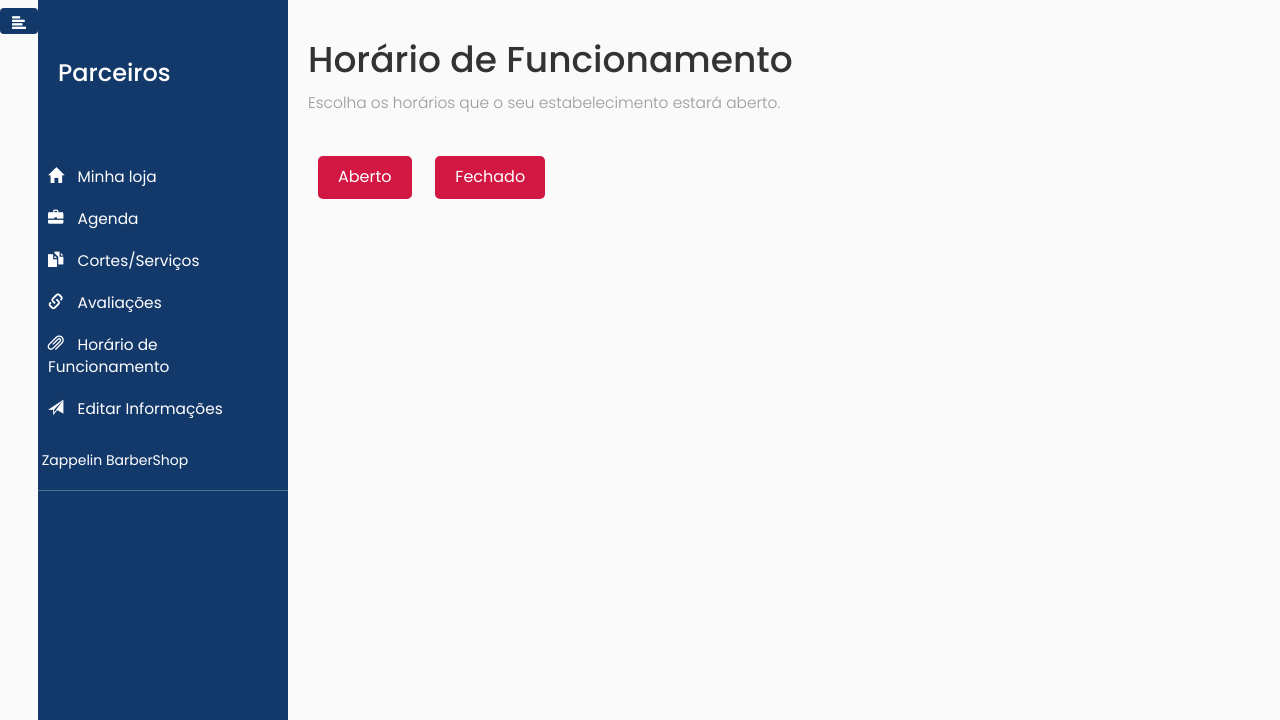
Repository: aquilesascar/barberconnect
Page: http://localhost/horario.php
These files come from the project's save history. The page is drawn as it stood at one moment and after the next save; the edit follows.
The browser window is 1280 px wide. The pictures show the whole page.
The page is run by PHP 8.4 with error messages shown; the project is at /var/www/html/.

Above is the page before, as saved 2023-10-10 09:40:30.

After the next save:
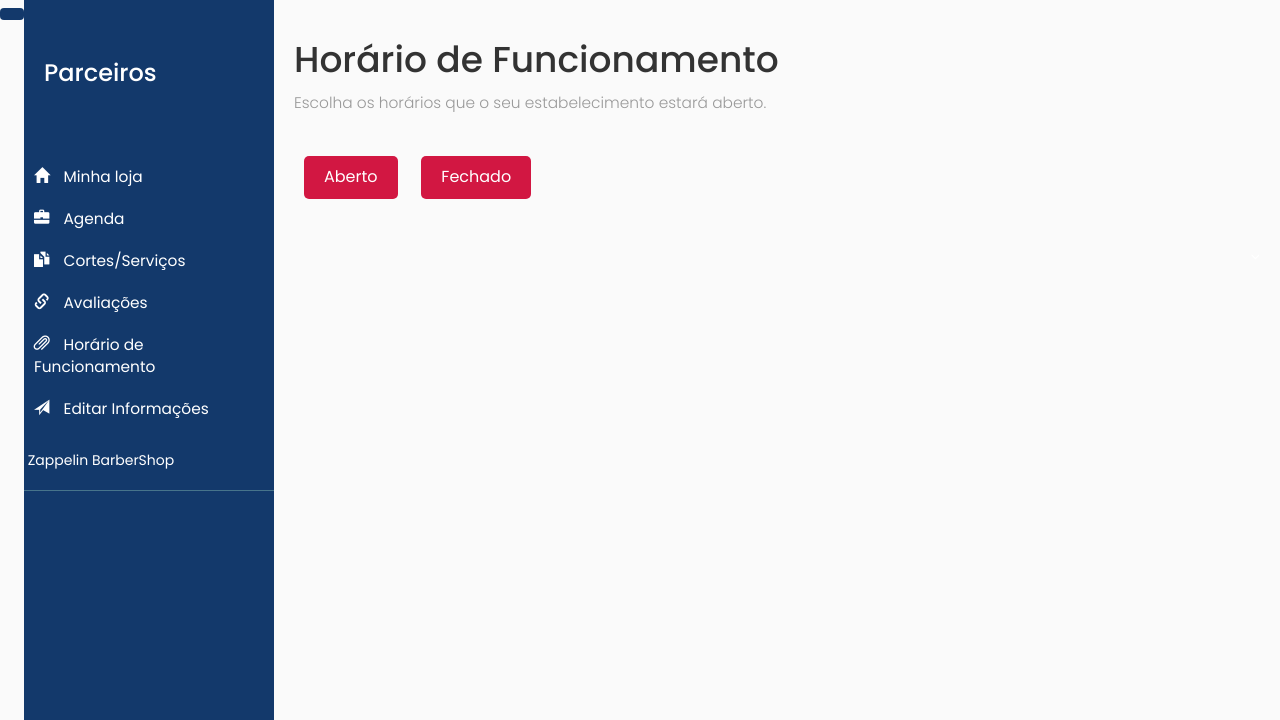
Saved 18 s later.
--- a/horario.php
+++ b/horario.php
@@ -15,7 +15,7 @@
 
     <div class="navbar-header">
                     <button type="button" id="sidebarCollapse" class="btn btn-info navbar-btn">
-                        <i class="glyphicon glyphicon-align-left"></i>
+
 
                     </button>
                 </div>

After the save that followed:
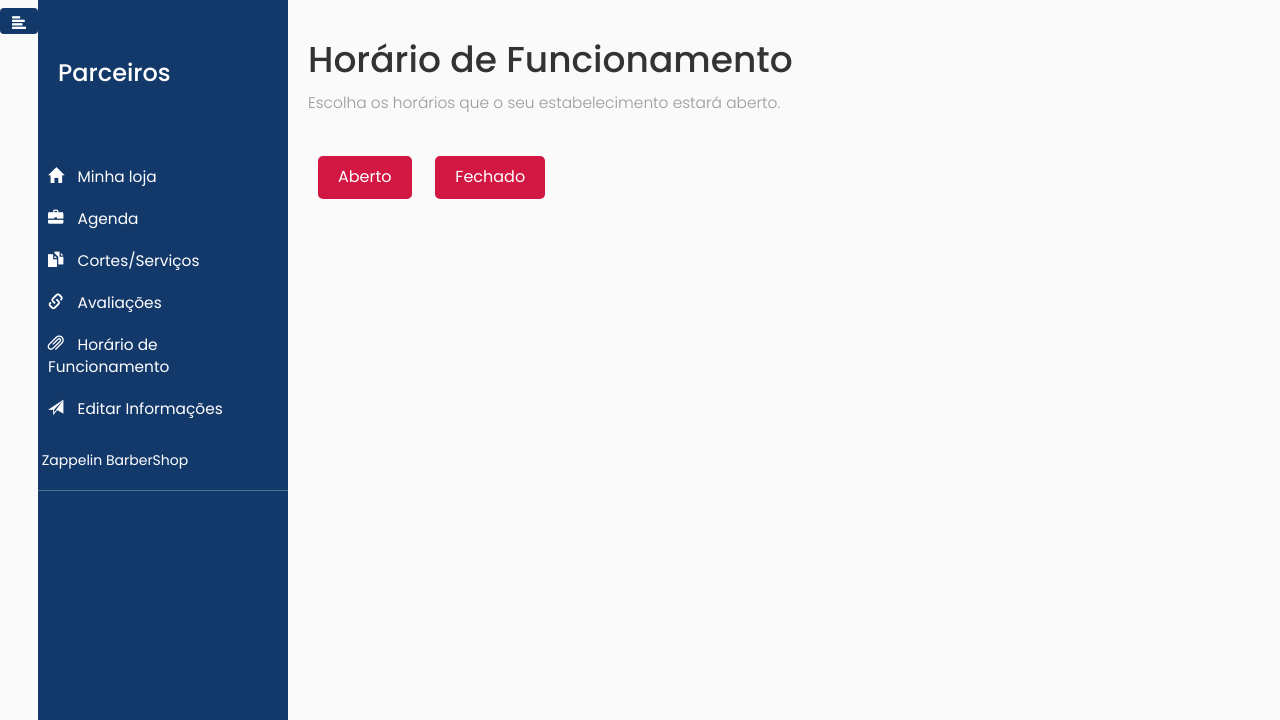
Saved 4 s later.
--- a/horario.php
+++ b/horario.php
@@ -15,7 +15,7 @@
 
     <div class="navbar-header">
                     <button type="button" id="sidebarCollapse" class="btn btn-info navbar-btn">
-
+                        <i class="glyphicon glyphicon-align-left"></i>
 
                     </button>
                 </div>
